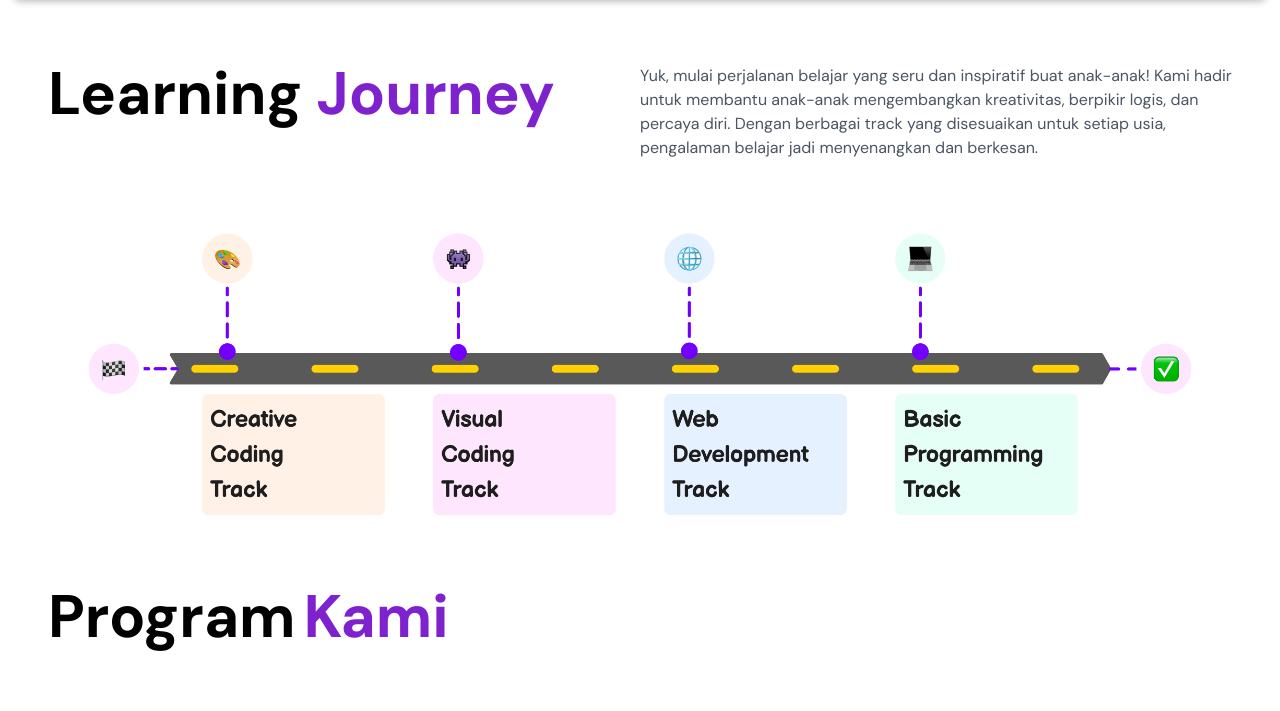
Repository: paskasiregar/ttccomweb
Page: /track/basic-programming
An editor plug-in stored every save of this project. The page is shown before and after the next save, followed by the edit.
The browser window is 1280 px wide. The pictures show the part of the page from y = 1528 to 2467 px (the page is 2239 px tall before and 2467 px after).
The project was rebuilt for these pictures with package versions that can differ from the ones it lists, and the page was loaded fresh each time. The framework's server and built-in components were replaced by stand-ins that run in the browser. Also part of the build but not shown: next.config.js, next.config.mjs.

Above is the page before, as saved 2024-11-16 23:00:07.

After the next save:
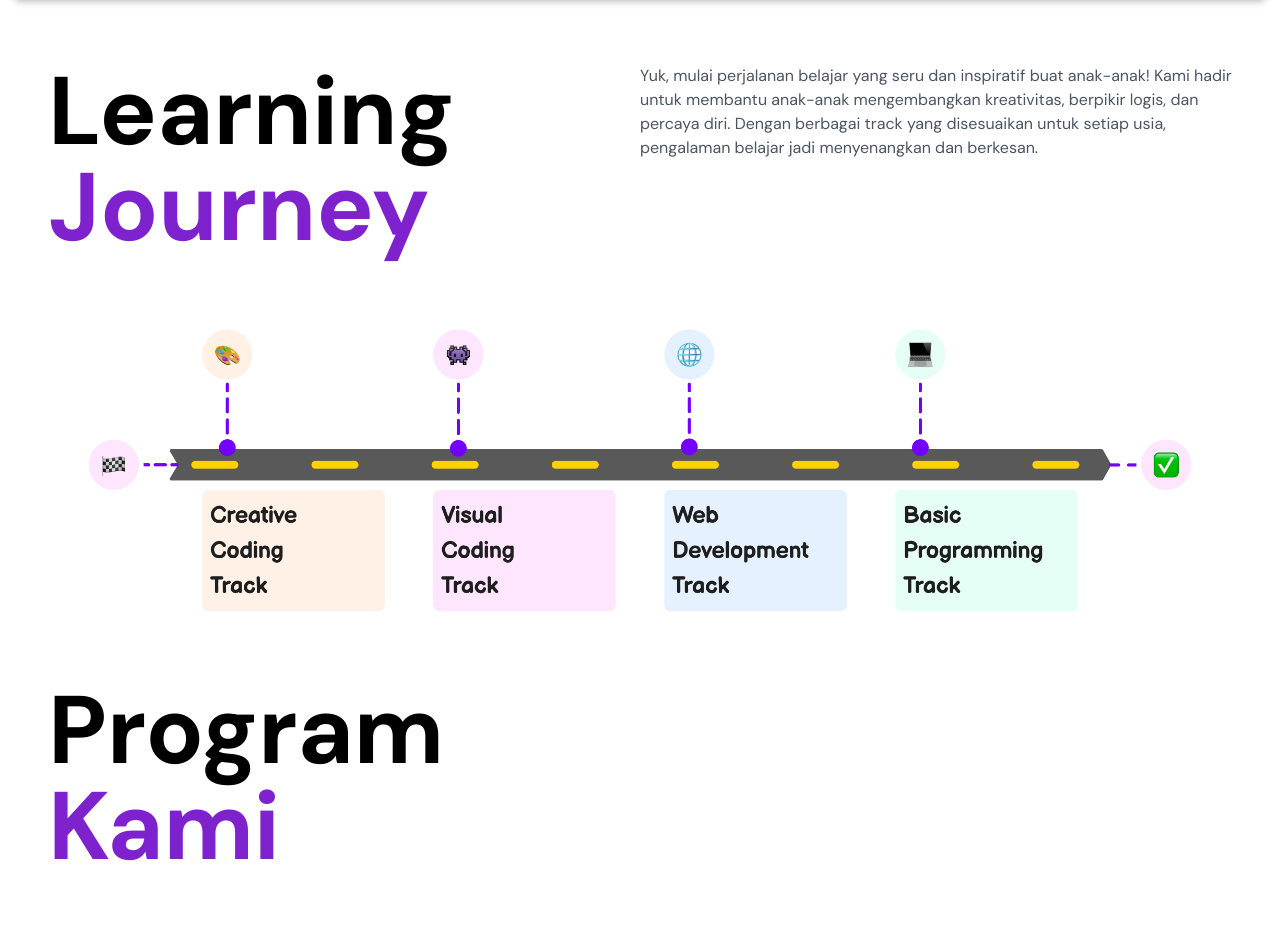
Saved 34 s later.
--- a/src/app/track/[track]/page.js
+++ b/src/app/track/[track]/page.js
@@ -72,7 +72,7 @@ export default function TrackPage() {
             <div className="flex flex-col md:flex-row items-center md:items-start md:justify-between">
               {/* Title */}
               <div className="max-w-lg md:w-1/2">
-                <h1 className="text-6xl md:text-6xl font-bold mb-8">
+                <h1 className="text-6xl md:text-8xl font-bold mb-8">
                   Learning <span className="text-purple-700">Journey</span>
                 </h1>
               </div>
@@ -104,10 +104,16 @@ export default function TrackPage() {
 
         {/* Our Program Section */}
         <section className="w-full my-8 px-4 sm:px-8 max-w-container mb-8">
-          <h1 className="text-6xl md:text-6xl font-bold mb-8 flex flex-row items-center space-x-2">
-            <span>Program</span>
-            <span className="text-purple-700">Kami</span>
-          </h1>
+          <div>
+            <div className="flex flex-col md:flex-row items-center md:items-start md:justify-between">
+              {/* Title */}
+              <div className="max-w-lg md:w-1/2">
+                <h1 className="text-6xl md:text-8xl font-bold mb-8">
+                  Program <span className="text-purple-700">Kami</span>
+                </h1>
+              </div>
+            </div>
+          </div>
         </section>
       </section>
     </div>
